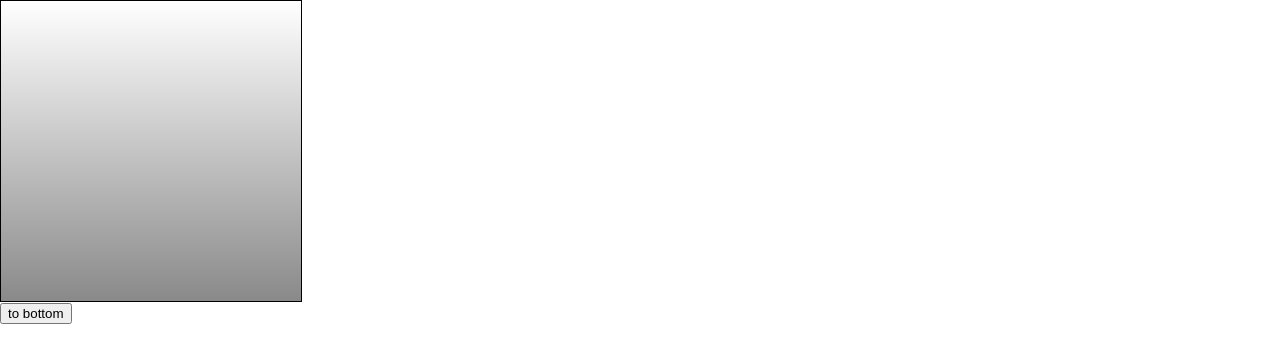
Repository: jongheonleee/hello_my_react
Page: /
The author's editor kept a copy of each file at every save. The page is drawn from the files as they stood at one save, then again after the next save.
The browser window is 1280 px wide. The pictures show the whole page.
The project was rebuilt for these pictures with package versions that can differ from the ones it lists, and the page was loaded fresh each time.

Above is the page before, as saved 2024-09-04 11:46:47.

After the next save:
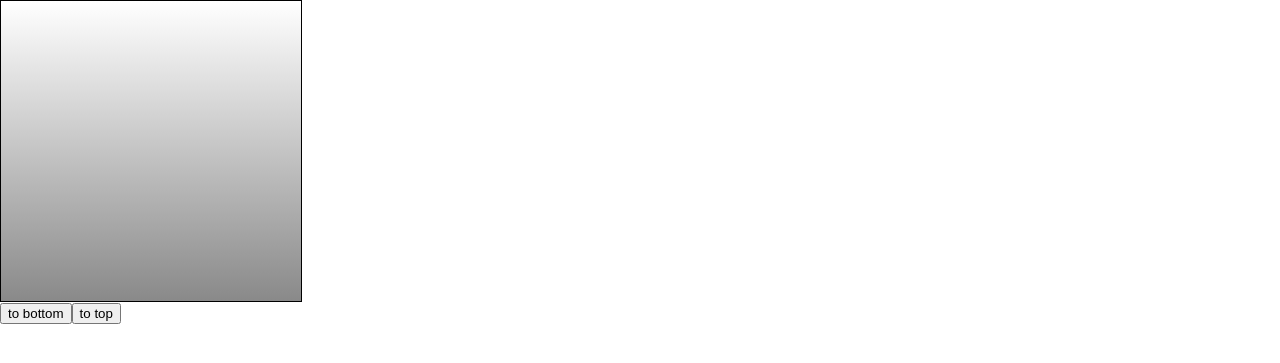
Saved 44 s later.
--- a/src/App.js
+++ b/src/App.js
@@ -10,6 +10,9 @@
           <button onClick={() => this.ScrollBox.scrollToBottom()}>
             to bottom
           </button>
+          <button onClick={() => this.ScrollBox.scrollToTop()}>
+            to top
+          </button>
       </div>
     );
   }

After the 5 saves that followed:
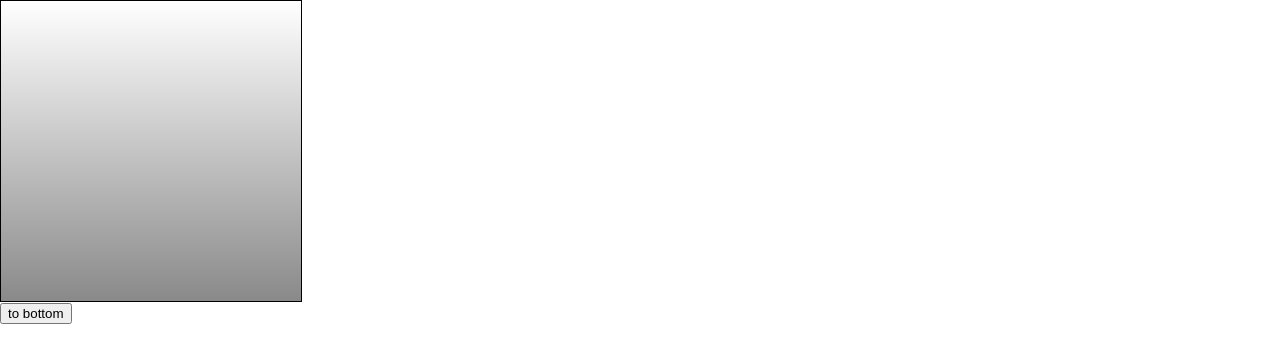
The 5 saves are shown as one change because 4 left the picture as it was.
The last was saved 3 min 23 s later.
--- a/src/App.js
+++ b/src/App.js
@@ -10,9 +10,6 @@
           <button onClick={() => this.ScrollBox.scrollToBottom()}>
             to bottom
           </button>
-          <button onClick={() => this.ScrollBox.scrollToTop()}>
-            to top
-          </button>
       </div>
     );
   }
